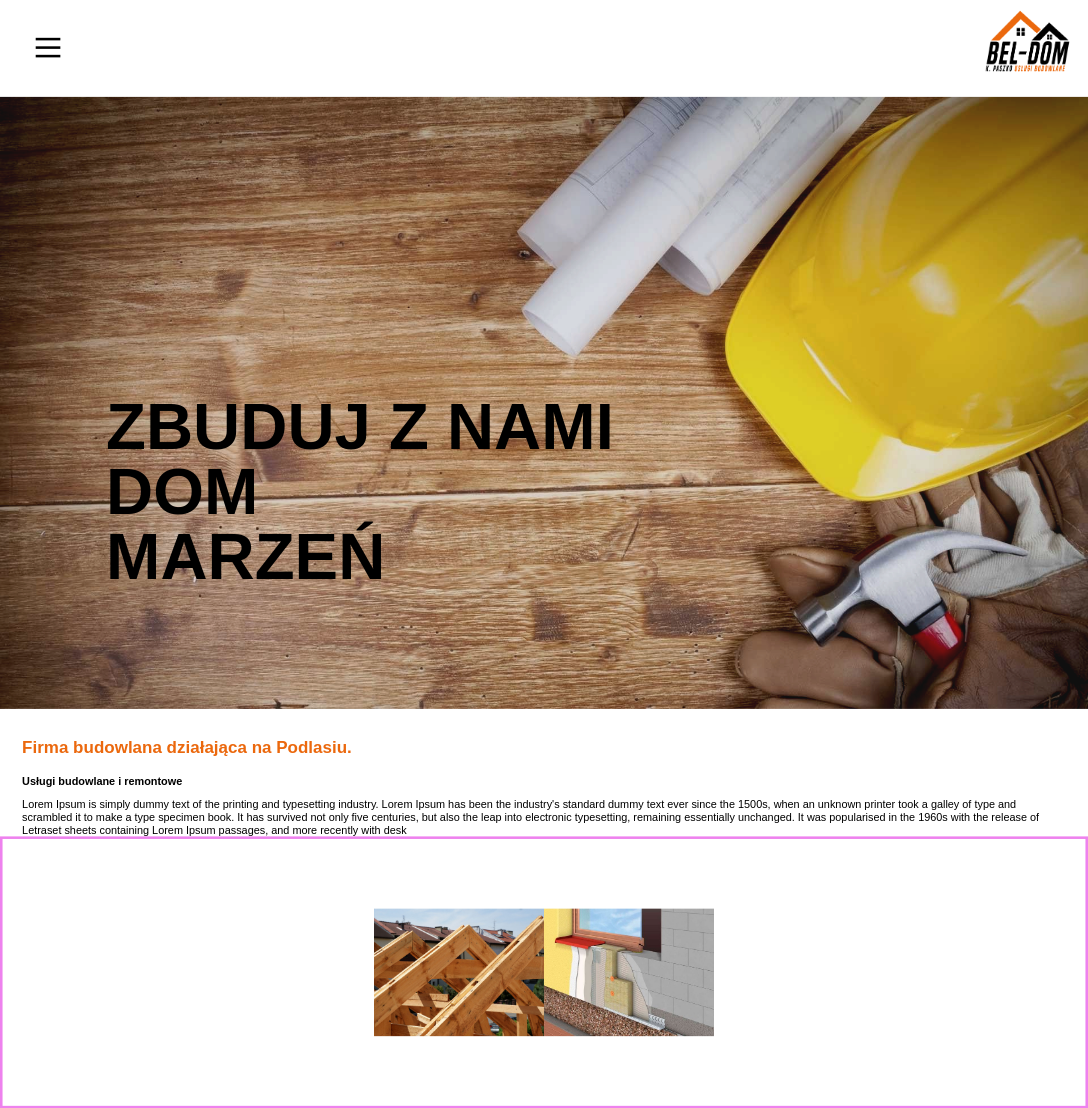
Repository: JakubPaszko2001/bel
Page: index.html
An editor plug-in stored every save of this project. The page is shown before and after the next save, followed by the edit.
The browser window is 1280 px wide. The pictures show the whole page, at 85% of full size.
Some web fonts or font styles are not loaded; a fallback is used.

Above is the page before, as saved 2022-01-05 22:59:14.

### index.html
<!DOCTYPE html>
<html lang="pl-PL">
<head>
    <meta charset="UTF-8">
    <meta http-equiv="X-UA-Compatible" content="IE=edge">
    <meta name="viewport" content="width=device-width, initial-scale=1.0">
    <title>BEL-DOM</title>
    <link rel="preconnect" href="https://fonts.googleapis.com">
    <link rel="preconnect" href="https://fonts.gstatic.com" crossorigin>
    <link href="https://fonts.googleapis.com/css2?family=Prompt:wght@300;400;700&display=swap" rel="stylesheet">
    <link rel="stylesheet" href="style.css">
</head>
<body>
<!-- HEADER -->
<header>
    <div class="container">
        <!-- SPAN -->
        <button class="hamburger">
            <span class="hamburger--menu">
                <span class="hamburger__inner"></span>
            </span>
        </button>
        <!-- LOGO -->
        <div class="header__logo">
            <img class="logo__pic" src="./images/logo.png" alt="logo">
        </div>
    </div>
</header>
<!-- MAIN -->
<main>
    <!-- NAV -->
    <div class="navigation">
        <ul class="navigation--list">
            <li class="navigation__item"><a href="#">jeden</a></li>
            <li class="navigation__item"><a href="#">dwa</a></li>
            <li class="navigation__item"><a href="#">trzy</a></li>
            <li class="navigation__item"><a href="#">cztery</a></li>
        </ul>
    </div>
    <!-- MAIN CONTAINER -->
    <div class="main__container">
        <div class="background__pic">
            <img src="./images/tlo1.png" alt="background">
        </div>
    <!-- TEXT ON IMG -->
    <h1 class="text">ZBUDUJ Z NAMI <br>DOM <br> MARZEŃ</h1>
    </div>
    <!-- TEXT -->
    <div class="main--text">
        <h1 class="main__text-h1">Firma budowlana działająca na Podlasiu.</h1>
        <h3 class="main__text-h3">Usługi budowlane i remontowe</h3>
        <h4 class="main__text-h4">Lorem Ipsum is simply dummy text of the printing and typesetting industry. Lorem Ipsum has been the industry's standard dummy text ever since the 1500s, when an unknown printer took a galley of type and scrambled it to make a type specimen book. It has survived not only five centuries, but also the leap into electronic typesetting, remaining essentially unchanged. It was popularised in the 1960s with the release of Letraset sheets containing Lorem Ipsum passages, and more recently with desk</h4>
    </div>
    <div class="main--photos">
        <img class="photo photo1" src="./images/wiezby.png" alt="photo1">
        <img class="photo photo2" src="./images/docieplenie1.png" alt="photo2">
    </div>
</main>
<script src="./js/script.js" type="text/javascript"></script>
</body>
</html>

### style.css
:root {
    /* WEIGHT */
    --ww-bold: 700;
    --ww-normal: 400;
    --ww-small: 300;
    /* COLORS */
    --color-orange: #EB680D;
    --color-black: #000000;
    /* SPACING */
    --margin: 1.25em;
    --margin-left: 1.625em;
    /* FONT SIZE */
    --fs-12: 1.25em;
    --fs-10: 0.8em;

}
* {
    margin: 0;
    padding: 0;
    box-sizing: border-box;
    font-family: 'Prompt', sans-serif;}
img {
    width: 100%;
    object-fit: cover;
}
.logo__pic {
    width: 6.875em;
    height: 6.875em;
}
.container {
    display: flex;
    margin: 0 var(--margin);
    justify-content: space-between;
    align-items: center;
}
.hamburger {
    padding: var(--margin-left);
    display: inline-block;
    cursor: pointer;
    background: transparent;
    border: 0;
    margin: 0;
}
.hamburger--menu  {
    width: 2.1875em;
    height: var(--margin);
    display: inline-block;
    position: relative;
}
.hamburger__inner {
    z-index: 999;
    width: 100%;
    height: 3px;
    background-color: black;
    position: absolute;
    left: 0;
    top: 50%;
    transform: translateY(-50%);
    transition: background-color 0.1s 0.2s ease-in-out;
}
.hamburger__inner::before,
.hamburger__inner::after {
    content: '';
    width: 100%;
    height: 3px;
    background-color: var(--color-black);
    position: absolute;
    left: 0;
    transition: transform 0.2s 0.2s ease-in-out;

}
.hamburger__inner::before {
    /* transform: translateY(-10px); */
    top: -10px;
}
.hamburger__inner::after {
    /* transform: translateY(10px); */
    top: 10px;
}
.hamburger--active .hamburger__inner {
    background-color: transparent;
}
.hamburger--active .hamburger__inner::before {
    transform: translateY(10px) rotate(45deg);
    background-color: var(--color-orange);
}
.hamburger--active .hamburger__inner::after {
    transform: translateY(-10px) rotate(-45deg);
    background-color: var(--color-orange);
}
.navigation {
    position: absolute;
    top: 0;
    left: 0;
    width: 10.9375em;
    height: 100vh;
    background-color: var(--color-black);
    display: flex;
    flex-direction: column;
    align-items: center;
    transform: translateX(-200px);
    transition: transform 0.3s 0.1s ease-in-out;
    z-index: 100;
}
.navigation--active {
    transform: translateX(0px);
}
.navigation--list {
    list-style: none;
}
.navigation__item {
    margin-bottom: 2.5em;
}
li:first-child {
    margin-top: 9.375em;
}
a {
    text-decoration: none;
    color: var(--color-orange);
    font-size: var(--margin);
}
.main__container {
    position: relative;
    z-index: 1;
}
.text {
    position: absolute;
    bottom: 20%;
    margin-left: var(--margin-left);
    /* left: var(--margin); */
    /* border: springgreen solid; */
    line-height: 1em;
    font-size: 6vw;
    font-weight: var(--ww-bold);
}
.main--text {
    /* margin: 0 var(--margin); */
    margin: 0 var(--margin-left);
}
.main__text-h1 {
    margin-top: 1.5em;
    margin-bottom: 1.0em;
    font-size: var(--fs-12);
    font-weight: var(--ww-bold);
    color: var(--color-orange);

}
.main__text-h3 {
    font-size: var(--fs-10);
    font-weight: var(--ww-bold);
    margin-bottom: 1em;
}
.main__text-h4 {
    font-size: var(--fs-10);
    font-weight: var(--ww-normal);
}
.main--photos {
    display: flex;
    /* margin-top: 2rem; */
    justify-content: center;
    align-items: center;
    border: violet solid;
    height: 20em;
}
.photo {
    width: 200px;
    height: 150px;
    position: relative;
}

### js/script.js
const hamburger = document.querySelector('.hamburger');
const Click = () => {
    hamburger.classList.toggle('hamburger--active');
}
hamburger.addEventListener('click',Click);

After the next save:
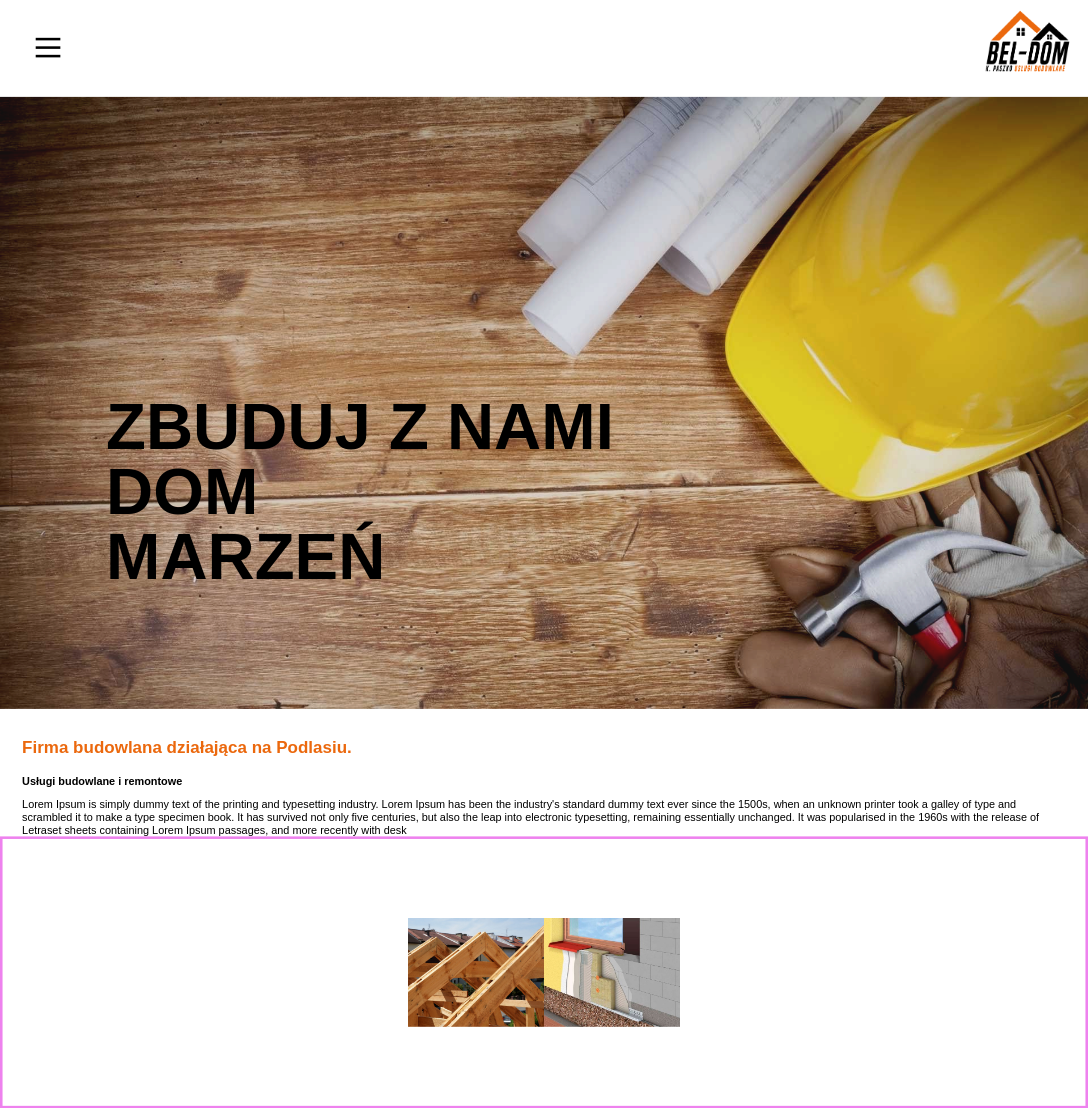
Saved 50 s later.
--- a/style.css
+++ b/style.css
@@ -163,7 +163,7 @@
     height: 20em;
 }
 .photo {
-    width: 200px;
-    height: 150px;
+    width: 10em;
+    height: 8em;
     position: relative;
 }
